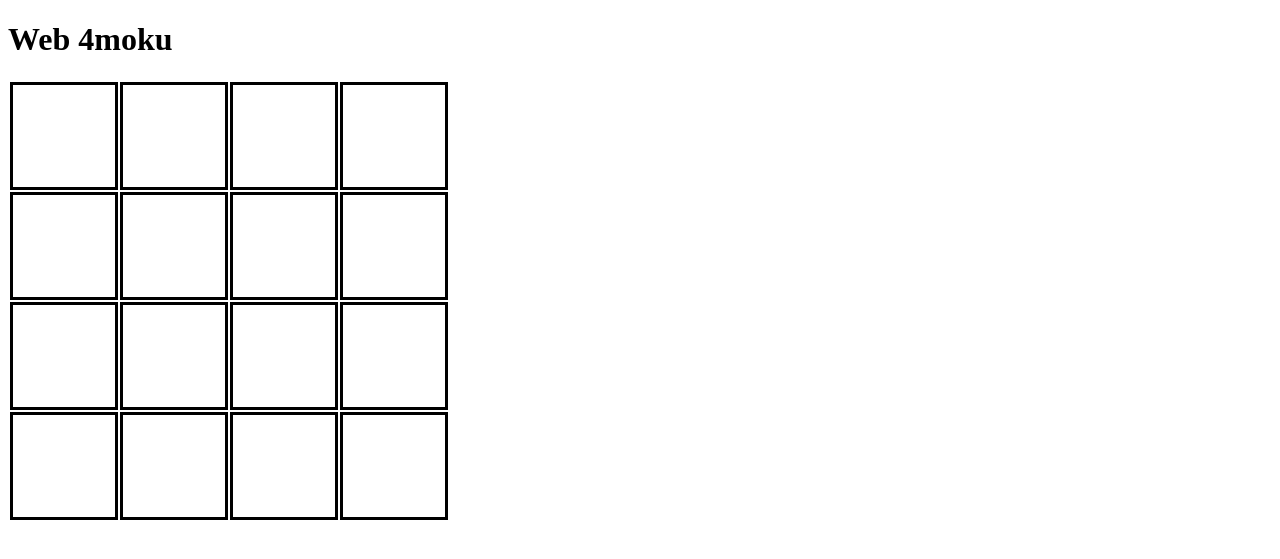
Repository: earth429/Browser-4moku
Page: index.html
An editor plug-in stored every save of this project. The page is shown before and after the next save, followed by the edit.
The browser window is 1280 px wide. The pictures show the whole page.

Above is the page before, as saved 2021-07-20 13:19:35.

After the next save:
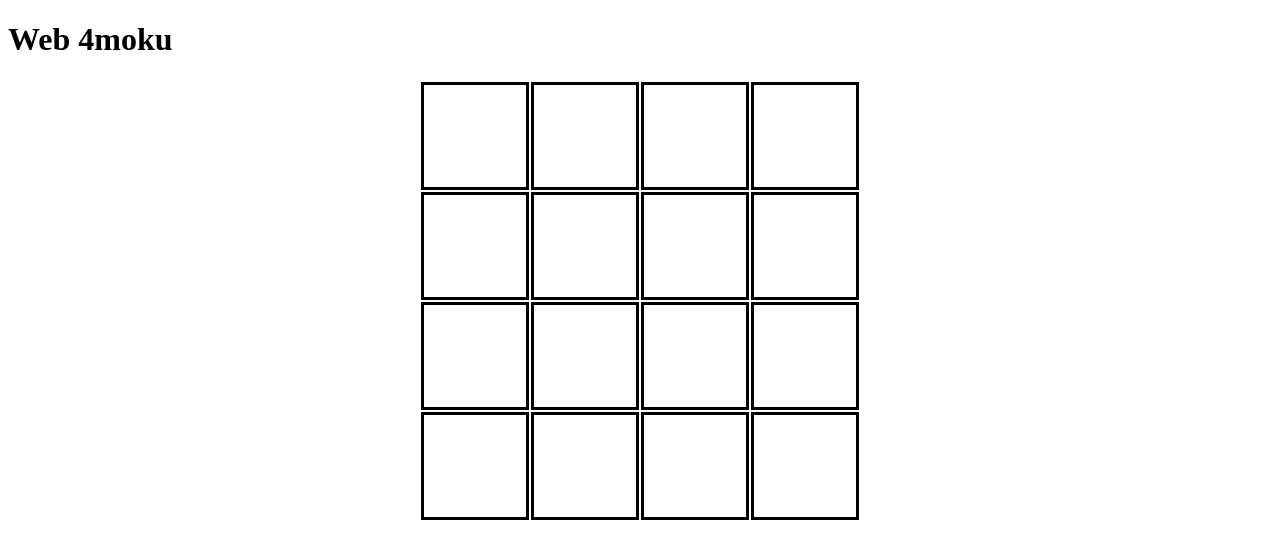
Saved 74 s later.
--- a/style.css
+++ b/style.css
@@ -1,3 +1,7 @@
+table {
+    margin: auto;
+}
+
 td {
     border-style: solid;
     border-color: black;
